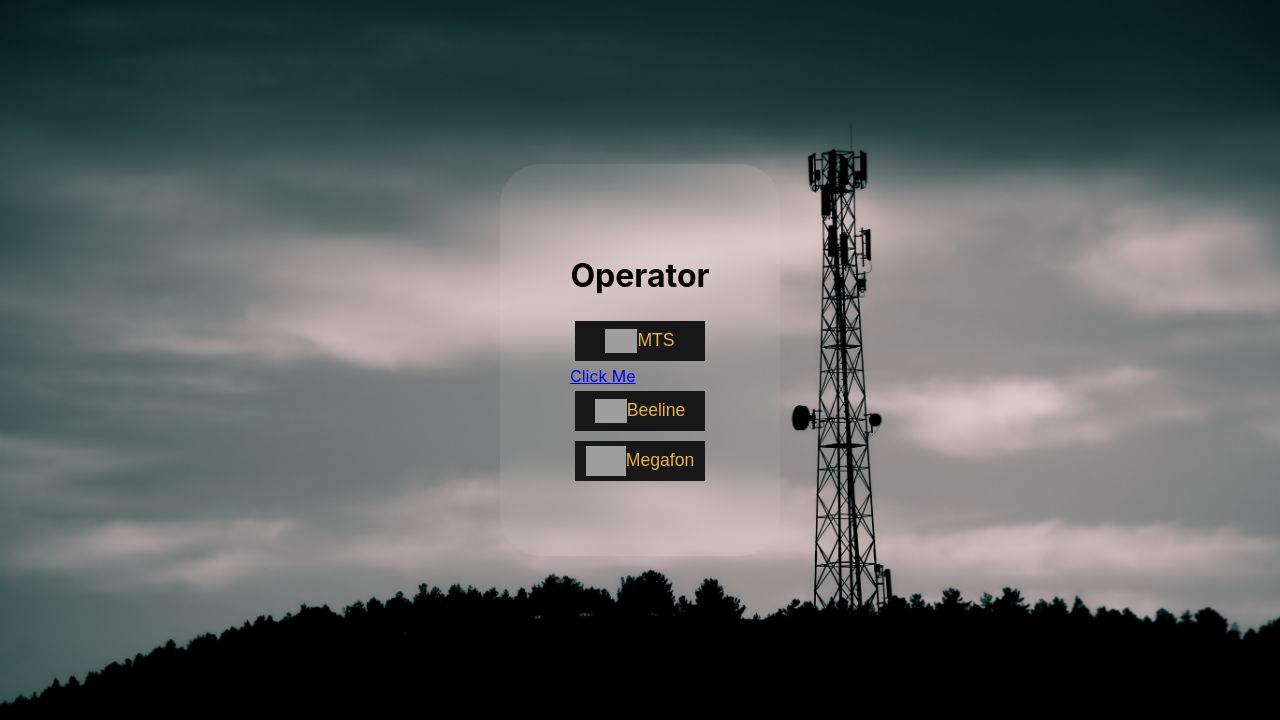
Repository: MiroslavWise/operatop-pay
Page: /
These files come from the project's save history. The page is drawn as it stood at one moment and after the next save; the edit follows.
The browser window is 1280 px wide. The pictures show the whole page.
Pictures or frames that could not be fetched are drawn as grey boxes. The project was rebuilt for these pictures with package versions that can differ from the ones it lists, and the page was loaded fresh each time. The framework's server and built-in components were replaced by stand-ins that run in the browser. Also part of the build but not shown: next.config.js.

Above is the page before, as saved 2022-02-18 14:34:06.

After the next save:
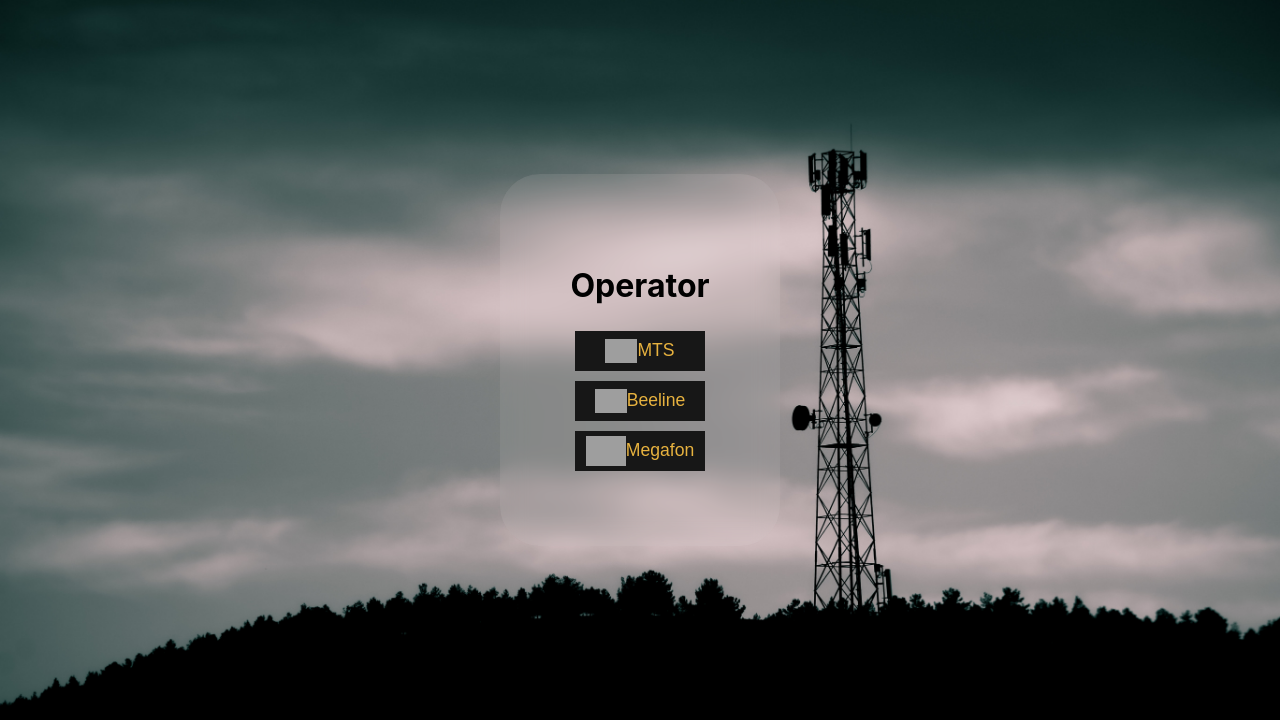
Saved 42 s later.
--- a/pages/index.js
+++ b/pages/index.js
@@ -2,13 +2,7 @@
 import React from 'react'
 import styles from '../styles/Home.module.css'
 
-        const MyButton = React.forwardRef(({ onClick, href }, ref) => {
-  return (
-    <a href={href} onClick={onClick} ref={ref}>
-      Click Me
-    </a>
-  )
-})
+
 
 function Home() {
   return (
@@ -16,14 +10,6 @@
       <h1 >Operator</h1>
       <nav className={styles.nav}>
           <Link href="/mts"><button className={styles.button}><img src='https://upload.wikimedia.org/wikipedia/commons/c/c2/MTS_logo.svg' height={'24px'} alt='MTS'/><a className={styles.a}>MTS</a></button></Link>
-
-
-
-
-          <Link href="/mts"><MyButton href={'/mts'}/></Link>
-
-
-
 
 
 
